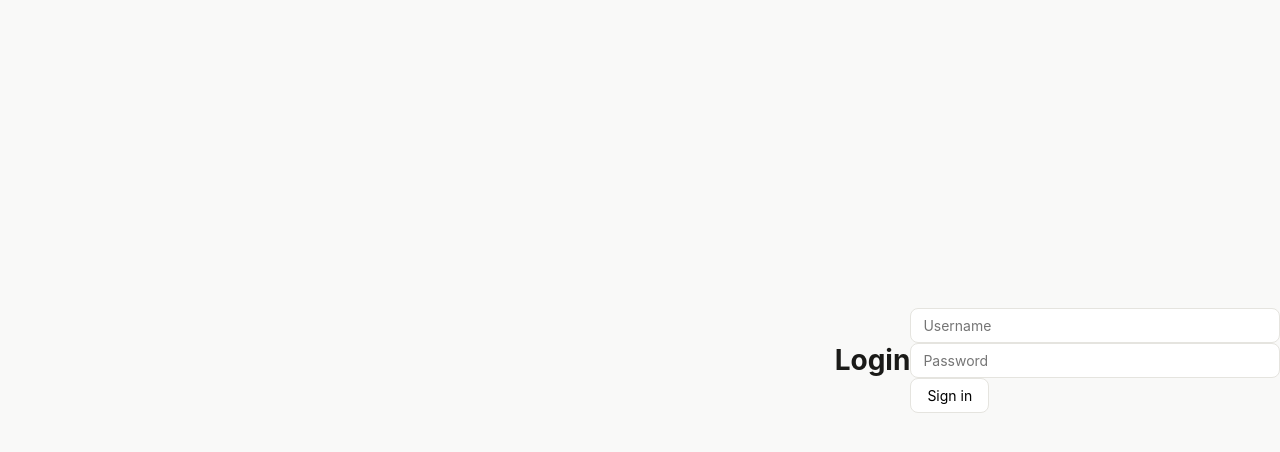
Repository: adtm0/jobtracker
Page: /login (app in frontend/)
These files come from the project's save history. The page is drawn as it stood at one moment and after a run of saves; the edit follows.
The browser window is 1280 px wide. The pictures show the whole page.
The project was rebuilt for these pictures with package versions that can differ from the ones it lists, and the page was loaded fresh each time. Also part of the build but not shown: frontend/vite.config.js, frontend/src/pages/Register.jsx, frontend/src/pages/Dashboard.jsx, frontend/src/pages/Jobs.jsx, frontend/src/pages/JobForm.jsx, frontend/src/components/Navbar.jsx.

Above is the page before, as saved 2026-04-19 18:15:04.

### frontend/src/main.jsx
import { StrictMode } from "react";
import React from "react";
import ReactDOM from 'react-dom/client'
import { BrowserRouter } from 'react-router-dom'
import { createRoot } from "react-dom/client";
import "./index.css";
import App from "./App.jsx";

createRoot(document.getElementById("root")).render(
  <StrictMode>
    <BrowserRouter>
      <App />
    </BrowserRouter>
  </StrictMode>,
);

### frontend/src/index.css
*, *::before, *::after {
  box-sizing: border-box;
  margin: 0;
  padding: 0;
}

body {
  font-family: -apple-system, BlinkMacSystemFont, 'Segoe UI', sans-serif;
  background: #f9f9f8;
  color: #1a1a18;
  font-size: 14px;
  line-height: 1.5;
}

main {
  max-width: 1100px;
  margin: 0 auto;
  padding: 28px 20px;
}

input, select, textarea {
  width: 100%;
  padding: 8px 12px;
  border: 1px solid #e5e4df;
  border-radius: 8px;
  font-size: 14px;
  font-family: inherit;
  outline: none;
}

input:focus, select:focus, textarea:focus {
  border-color: #185FA5;
}

button {
  cursor: pointer;
  font-family: inherit;
  font-size: 14px;
  border-radius: 8px;
  border: 1px solid #e5e4df;
  background: #fff;
  padding: 8px 16px;
}

button:hover {
  background: #f9f9f8;
}

.btn-primary {
  background: #1a1a18;
  color: #fff;
  border-color: #1a1a18;
}

.btn-primary:hover {
  background: #333;
}

label {
  display: block;
  font-size: 12px;
  font-weight: 500;
  color: #6b6b67;
  margin-bottom: 5px;
}

### frontend/src/App.jsx
import {Routes, Route} from 'react-router-dom'
import Login from './pages/Login'
import Register from './pages/Register'
import Dashboard from './pages/Dashboard'
import Jobs from './pages/Jobs'
import JobForm from './pages/JobForm'
import Navbar from './components/Navbar'

function Layout({ children }) {
  return (
    <>
      <Navbar />
      <main>
        {children}
      </main>
    </>
  );
}

function App() {

  return (
    <Routes>
      <Route path='/login' element={<Login />} />
      <Route path='/register' element={<Register />} />
      <Route path='/dashboard' element={<Layout><Dashboard /></Layout>} />
      <Route path='/jobs' element={<Layout><Jobs /></Layout>} />
      <Route path='/jobs/new' element={<Layout><JobForm /></Layout>} />
    </Routes>
  )
}

export default App

### frontend/src/pages/Login.jsx
import { useState } from "react";
import { Link } from "react-router-dom"

export default function Login() {
  const [form, setForm] = useState({username: '', password: ''})
  const [error, setError] = useState('')
  const [loading, setLoading] = useState(false)

  const handleSubmit = (event) => {
    event.preventDefault()
    setError('')
    setLoading(true)

    try {
      console.log('logging in with', form)
    } catch {
      setError('Invalid username or password.')
    } finally {
      setLoading(false)
    }
  }

  return (
    <div style={{
      minHeight: '100vh',
      display: 'flex',
      alignItems: 'center',
      justifyContent: 'center',
      background: '#f9f9f8'
    }}>
      <div style={{width: '100%'}}></div>
      <h1>Login</h1>
      <form>
        <input type="text" placeholder="Username" />
        <input type="password" placeholder="Password" />
        <button type="submit">Sign in</button>
      </form>
    </div>
  );
}

After the next 2 saves:
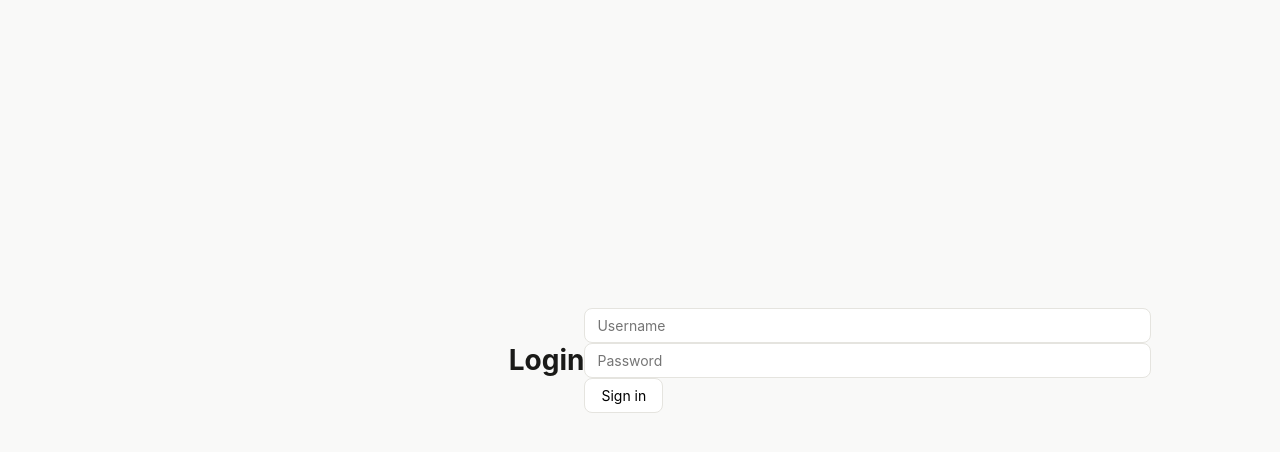
The 2 saves are shown as one change because they came seconds apart.
The last was saved 8 s later.
--- a/frontend/src/pages/Login.jsx
+++ b/frontend/src/pages/Login.jsx
@@ -28,7 +28,7 @@ export default function Login() {
       justifyContent: 'center',
       background: '#f9f9f8'
     }}>
-      <div style={{width: '100%'}}></div>
+      <div style={{width: '100%', maxWidth: 380}}></div>
       <h1>Login</h1>
       <form>
         <input type="text" placeholder="Username" />
